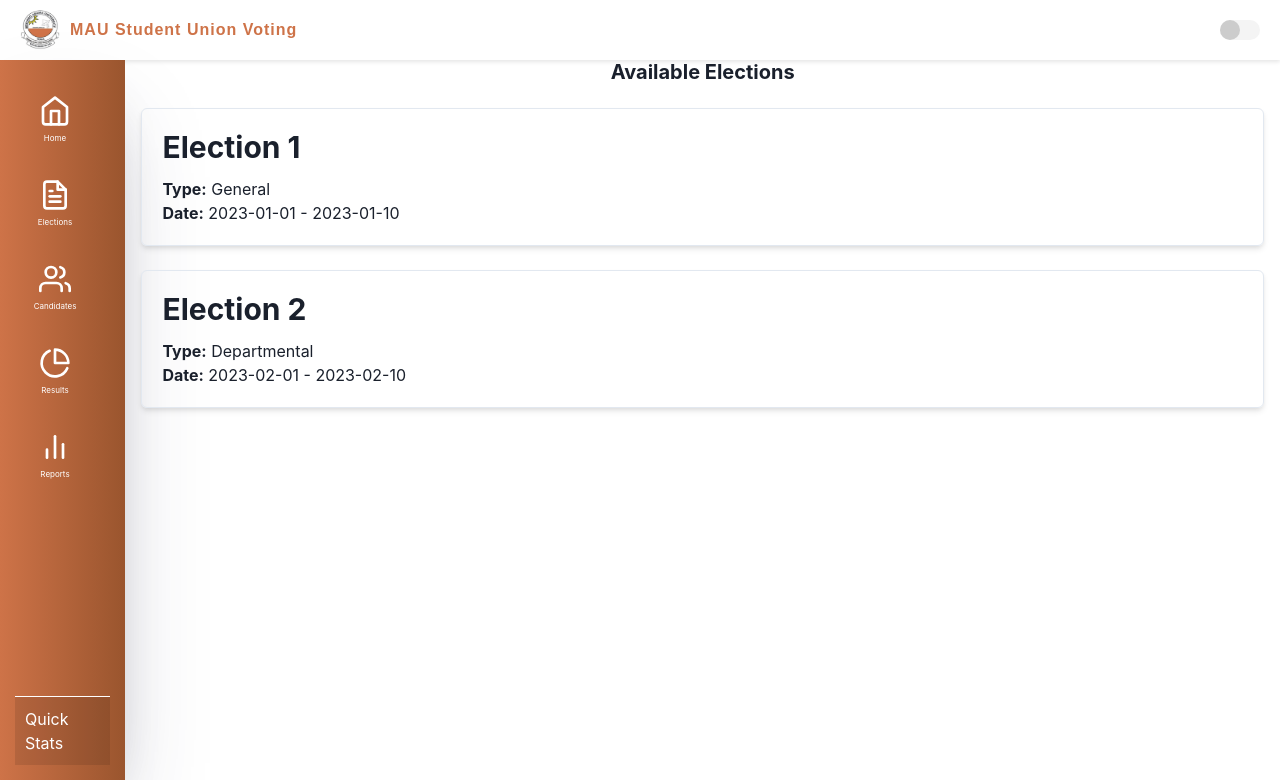
Repository: joena1o/e-vote
Page: /ElectionCommittee-dashboard/election-list
These files come from the project's save history. The page is drawn as it stood at one moment and after the next save; the edit follows.
The browser window is 1280 px wide. The pictures show the whole page.
The project was rebuilt for these pictures with package versions that can differ from the ones it lists, and the page was loaded fresh each time. Also part of the build but not shown: src/components/EnhancedLogin.js, src/components/maincontent/RegisterStudents/ManageStudents.js, src/components/maincontent/RegisterStudents/RegisterStudents.js, src/components/maincontent/RegisterStudents/StudentManagement.js, src/components/maincontent/ElectionResults/ViewResults.js, src/components/maincontent/Settings/Settings.js, src/api/index.js, src/components/maincontent/home/Home.styles.js and 16 more.

Above is the page before, as saved 2023-10-27 02:09:29.

### src/index.js
import React from 'react';
import ReactDOM from 'react-dom/client';
import './index.css';
import App from './App';
import reportWebVitals from './reportWebVitals';
import Modal from 'react-modal';

// Set the app element for the modal for accessibility purposes
Modal.setAppElement('#root');

const root = ReactDOM.createRoot(document.getElementById('root'));
root.render(
  <React.StrictMode>
    <App />
  </React.StrictMode>
);

// If you want to start measuring performance in your app, pass a function
// to log results (for example: reportWebVitals(console.log))
// or send to an analytics endpoint. Learn more: https://bit.ly/CRA-vitals
reportWebVitals();

### src/App.js
import React from 'react';
import { BrowserRouter as Router, Routes, Route, Navigate } from 'react-router-dom';
import EnhancedLogin from './components/EnhancedLogin';
import AdminDashboard from './components/AdminDashboard';
import StudentDashboard from './components/StudentDashboard';
import { ChakraProvider, ColorModeProvider, Button, useColorMode } from '@chakra-ui/react';
import { Provider } from 'react-redux';
import store from './Redux/store';
import ElectionCommitteeDashboard from './components/maincontent/ElectionCommitteeDashboard';

// Component to toggle dark mode
function DarkModeToggle() {
  const { colorMode, toggleColorMode } = useColorMode();
  return (
    <Button onClick={toggleColorMode} position="fixed" m={4} zIndex={10}>
      Toggle {colorMode === 'light' ? 'Dark' : 'Light'}
    </Button>
  );
}

function App() {
  // Check if the current route is not the "/login" route, then render the DarkModeToggle
  // const isLoginPage = window.location.pathname === '/login';

  return (
    <Provider store={store}>
      <ChakraProvider>
        <ColorModeProvider options={{ useSystemColorMode: true }}>
          <Router>
            <Routes>
              {/* Define your routes */}
              <Route path="/login" element={<EnhancedLogin />} />
              <Route path="/admin-dashboard/*" element={<AdminDashboard />} />
              <Route path="/ElectionCommittee-dashboard/*" element={<ElectionCommitteeDashboard />} />
              <Route path='/student-dashboard/*' element={<StudentDashboard />} />
              {/* Redirect root to /admin-dashboard */}
              <Route path="/" element={<Navigate to="/admin-dashboard" replace />} />
            </Routes>
          </Router>
          {/* Render DarkModeToggle only if not on the "/login" page */}
          {/* {!isLoginPage && <DarkModeToggle />} */}
        </ColorModeProvider>
      </ChakraProvider>
    </Provider>
  );
}

export default App;

### src/Redux/store.js
import { configureStore } from '@reduxjs/toolkit';
import electionReducer from './electionSlice';
import studentsReducer from './studentsSlice';
import candidatesReducer from './CandidateSlice'; // Import the candidates reducer

const store = configureStore({
  reducer: {
    elections: electionReducer,
    students: studentsReducer,
    candidates: candidatesReducer, // Add the candidates reducer here
  },
});

export default store;

### src/components/maincontent/ElectionCommitteeDashboard.js
// ElectionCommitteeDashboard.js
import React from 'react';
import { Routes, Route } from 'react-router-dom';
import ElectionCommitteeSidebar from './ElectionCommitteeSidebar';
import Navbar from '../Navbar';
import styled from 'styled-components';
import ElectionList from './ManageElections/ElectionList';
import ViewResults from './ElectionResults/ViewResults';
import ElectionCommitteeHome from './home/ElectionCommitteeHome';
import CandidatesScreening from './CandidateScreening/CandidateScreening';



const Container = styled.div`
  display: flex;
  flex-direction: column;
  height: 100vh;
  width: 100%;
`;

const Content = styled.div`
  display: flex;
  flex: 1;
`;

const ElectionCommitteeDashboard = () => {
  return (
    <Container>
      <Navbar />
      <Content>
        <ElectionCommitteeSidebar />
        <Routes>
          <Route index element={<ElectionCommitteeHome />} />

          <Route path="election-list" element={<ElectionList />} />
          <Route path="candidates-screening" element={<CandidatesScreening />} />
          <Route path="view-results" element={<ViewResults />} />

        </Routes>
      </Content>
    </Container>
  );
};

export default ElectionCommitteeDashboard;

### src/components/Navbar.js
import React from 'react';
import styled, { createGlobalStyle } from 'styled-components';
import logo from '../assets/school_logo.jpg';
import { useColorMode } from '@chakra-ui/react';

const GlobalStyle = createGlobalStyle`
  body {
    background-color: ${props => (props.theme === 'dark' ? '#333' : '#fff')};
    color: ${props => (props.theme === 'dark' ? '#fff' : '#000')}; // Set other component texts to black in light mode
  }
`;

const Header = styled.header`
  background: ${props => (props.theme === 'dark' ? '#333' : '#fff')};
  color: ${props => (props.theme === 'dark' ? '#fff' : '#ce7348')}; // Set navbar text to brown in light mode
  padding: 10px 20px;
  display: flex;
  align-items: center;
  justify-content: flex-start;
  box-shadow: 0px 2px 4px rgba(0, 0, 0, 0.1);
  font-family: 'Poppins', sans-serif;
`;


const Logo = styled.img`
  width: 40px;
  height: 40px;
  border-radius: 20px;
  margin-right: 10px;
`;

const Title = styled.h1`
  margin: 0;
  padding: 0;
  font-size: 1rem;
  font-weight: 600;
  letter-spacing: 1px;
`;

const ToggleSlider = styled.label`
  display: flex;
  align-items: center;
  cursor: pointer;
  margin-left: auto;
`;

const SliderInput = styled.input.attrs({ type: 'checkbox' })`
  display: none;
`;

const Slider = styled.div`
  width: 40px;
  height: 20px;
  background-color: ${props => (props.theme === 'dark' ? '#333' : '#f4f4f4')};
  border-radius: 20px;
  position: relative;
  transition: background-color 0.3s ease;
  cursor: pointer;

  &::after {
    content: '';
    width: 20px;
    height: 20px;
    border-radius: 50%;
    background-color: ${props => (props.theme === 'dark' ? '#fff' : '#ccc')};
    position: absolute;
    top: 50%;
    transform: translateY(-50%);
    left: ${props => (props.theme === 'dark' ? '20px' : '0')};
    transition: left 0.3s ease;
  }
`;

function Navbar() {
  const { colorMode, toggleColorMode } = useColorMode();

  return (
    <>
      <GlobalStyle theme={colorMode} />
      <Header theme={colorMode}>
        <Logo src={logo} alt="University Logo" />
        <Title>MAU Student Union Voting</Title>
        <ToggleSlider>
          <SliderInput type="checkbox" onChange={toggleColorMode} />
          <Slider theme={colorMode} />
        </ToggleSlider>
      </Header>
    </>
  );
}

export default Navbar;

### src/Redux/electionSlice.js
/*import { createSlice, createAsyncThunk } from '@reduxjs/toolkit';
import { API, graphqlOperation } from 'aws-amplify';
import { createElection as createElectionAPI } from '../graphql/mutations';

export const createElection = createAsyncThunk(
  'elections/createElection',
  async (election, { rejectWithValue }) => {
    try {
      const result = await API.graphql(graphqlOperation(createElectionAPI, { input: election }));
      return result.data.createElection;
    } catch (error) {
      return rejectWithValue(error);
    }
  }
);

const electionSlice = createSlice({
  name: 'elections',
  initialState: [],
  reducers: {},
  extraReducers: (builder) => {
    builder.addCase(createElection.fulfilled, (state, action) => {
      state.push(action.payload);
    });
  },
});

export default electionSlice.reducer;
*/

### src/Redux/studentsSlice.js
import { createSlice } from '@reduxjs/toolkit';

export const studentsSlice = createSlice({
  name: 'students',
  initialState: [],
  reducers: {
    addStudents: (state, action) => {
      // Add students to the Redux store
      action.payload.forEach(student => {
        state.push(student);
      });
    },
  },
});

export const { addStudents } = studentsSlice.actions;

export default studentsSlice.reducer;

### src/Redux/CandidateSlice.js

import { createSlice } from '@reduxjs/toolkit';

export const candidatesSlice = createSlice({
  name: 'candidates',
  initialState: [],
  reducers: {
    setCandidates: (state, action) => {
      return action.payload;
    },
  },
});

export const { setCandidates } = candidatesSlice.actions;
export default candidatesSlice.reducer;

### src/components/maincontent/ElectionCommitteeSidebar.js
import React from 'react';
import styled from 'styled-components';
import { Link } from 'react-router-dom';
import { FiHome, FiFileText, FiUsers, FiPieChart, FiBarChart2, FiTrendingUp } from 'react-icons/fi';
import { useColorMode } from '@chakra-ui/react';


const SidebarContainer = styled.nav`
  background: ${props => (props.theme === 'dark' ? '#333' : 'linear-gradient(to right, #ce7348, #9a552e)')};
  padding: 15px;
  height: 100vh;
  color: #fff;
  box-shadow: rgba(50, 50, 93, 0.25) 0px 50px 100px -20px, rgba(0, 0, 0, 0.3) 0px 30px 60px -30px;
  display: flex;
  flex-direction: column;
`;

const LinkList = styled.ul`
  list-style-type: none;
  padding: 0;
  flex: 1;
`;

const StyledLink = styled(Link)`
  text-decoration: none;
  color: #fff;
  display: flex;
  flex-direction: column;
  align-items: center;
  transition: color 0.3s ease;
  margin-bottom: 15px;
  cursor: pointer;
  font-size: 0.5rem;

  &:hover {
    color: #fce364;
  }

  width: 80px;
  text-align: center;
  word-wrap: break-word;
  overflow-wrap: break-word;
`;

const LinkItem = styled.li`
  display: flex;
  align-items: center;
  margin-top: 20px;
`;

const Icon = styled.div`
  font-size: 2rem;
  color: #fff;

  margin-bottom: 5px;

  ${StyledLink}:hover & {
    color: #fce364;
  }
`;

const QuickStats = styled.div`
  margin-top: auto;
  padding: 10px;
  background: rgba(0, 0, 0, 0.1);
  border-top: 1px solid #fff;
`;

function ElectionCommitteeSidebar() {
  const { colorMode } = useColorMode();

  return (
    <SidebarContainer theme={colorMode}>
      <LinkList>
        <LinkItem>
          <StyledLink to="/ElectionCommittee-dashboard">
            <Icon><FiHome /></Icon>
            Home
          </StyledLink>
        </LinkItem>
        <LinkItem>
          <StyledLink to="/ElectionCommittee-dashboard/election-list">
            <Icon><FiFileText /></Icon>
            Elections
          </StyledLink>
        </LinkItem>
        <LinkItem>
          <StyledLink to="/ElectionCommittee-dashboard/candidates-screening">
            <Icon><FiUsers /></Icon>
            Candidates
          </StyledLink>
        </LinkItem>
        <LinkItem>
          <StyledLink to="/ElectionCommittee-dashboard/view-results">
            <Icon><FiPieChart /></Icon>
            Results
          </StyledLink>
        </LinkItem>
        <LinkItem>
          <StyledLink to="/reports">
            <Icon><FiBarChart2 /></Icon>
            Reports
          </StyledLink>
        </LinkItem>
      </LinkList>
      <QuickStats>
        <h3>Quick Stats</h3>
        {/* Here you can place any quick statistics or relevant data for the admin */}
      </QuickStats>
    </SidebarContainer>
  );
}

export default ElectionCommitteeSidebar;

### src/components/maincontent/ManageElections/ElectionList.js
import React, { useState, useEffect } from 'react';
import { Box, Button, Heading, Text, VStack, Container } from '@chakra-ui/react';

const ElectionList = () => {
  const [elections, setElections] = useState([]);
  const [loading, setLoading] = useState(false);
  const [error, setError] = useState(null);

  useEffect(() => {
    // Mock data for testing
    const mockElections = [
      { id: '1', name: 'Election 1', type: 'General', startDate: '2023-01-01', endDate: '2023-01-10' },
      { id: '2', name: 'Election 2', type: 'Departmental', startDate: '2023-02-01', endDate: '2023-02-10' },
      // Add more mock elections as needed
    ];

    setElections(mockElections);
  }, []);

  return (
    <Container maxW="container.xl" centerContent>
      <Heading as="h1" size="md" mb={6}>
        Available Elections
      </Heading>

      {loading && <Text>Loading elections...</Text>}
      {error && <Text color="red.500">Error fetching elections. Please try again.</Text>}

      <VStack spacing={6} align="start" w="100%">
        {elections.map((election) => (
          <Box key={election.id} p={5} shadow="md" borderWidth="1px" borderRadius="md" w="100%">
            <Heading as="h3" size="lg" mb={3}>
              {election.name}
            </Heading>
            <Text>
              <strong>Type:</strong> {election.type}
            </Text>
            <Text>
              <strong>Date:</strong> {election.startDate} - {election.endDate}
            </Text>
          </Box>
        ))}
      </VStack>
    </Container>
  );
};

export default ElectionList;

Loaded but not shown: public/index.html (common file); src/index.css (common file); src/reportWebVitals.js (common file)

After the next save:
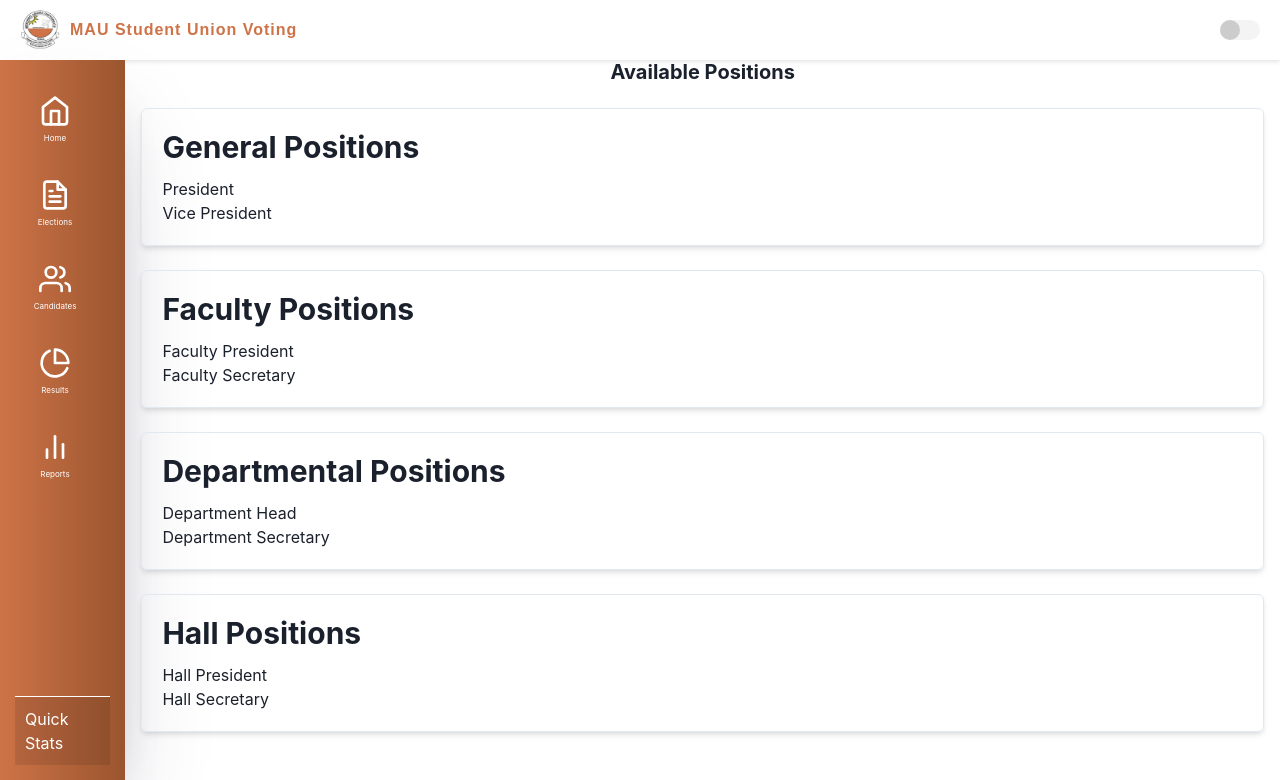
Saved 7 min 34 s later.
--- a/src/components/maincontent/ManageElections/ElectionList.js
+++ b/src/components/maincontent/ManageElections/ElectionList.js
@@ -1,43 +1,55 @@
 import React, { useState, useEffect } from 'react';
-import { Box, Button, Heading, Text, VStack, Container } from '@chakra-ui/react';
+import { Box, Heading, Text, VStack, Container } from '@chakra-ui/react';
 
-const ElectionList = () => {
-  const [elections, setElections] = useState([]);
+const PositionList = () => {
+  const [positions, setPositions] = useState([]);
   const [loading, setLoading] = useState(false);
   const [error, setError] = useState(null);
 
   useEffect(() => {
     // Mock data for testing
-    const mockElections = [
-      { id: '1', name: 'Election 1', type: 'General', startDate: '2023-01-01', endDate: '2023-01-10' },
-      { id: '2', name: 'Election 2', type: 'Departmental', startDate: '2023-02-01', endDate: '2023-02-10' },
-      // Add more mock elections as needed
-    ];
+    const mockPositions = {
+      general: [
+        { id: '1', name: 'President' },
+        { id: '2', name: 'Vice President' },
+      ],
+      faculty: [
+        { id: '3', name: 'Faculty President' },
+        { id: '4', name: 'Faculty Secretary' },
+      ],
+      departmental: [
+        { id: '5', name: 'Department Head' },
+        { id: '6', name: 'Department Secretary' },
+      ],
+      hall: [
+        { id: '7', name: 'Hall President' },
+        { id: '8', name: 'Hall Secretary' },
+      ],
+    };
 
-    setElections(mockElections);
+    setPositions(mockPositions);
   }, []);
 
   return (
     <Container maxW="container.xl" centerContent>
       <Heading as="h1" size="md" mb={6}>
-        Available Elections
+        Available Positions
       </Heading>
 
-      {loading && <Text>Loading elections...</Text>}
-      {error && <Text color="red.500">Error fetching elections. Please try again.</Text>}
+      {loading && <Text>Loading positions...</Text>}
+      {error && <Text color="red.500">Error fetching positions. Please try again.</Text>}
 
       <VStack spacing={6} align="start" w="100%">
-        {elections.map((election) => (
-          <Box key={election.id} p={5} shadow="md" borderWidth="1px" borderRadius="md" w="100%">
+        {Object.keys(positions).map((electionType) => (
+          <Box key={electionType} p={5} shadow="md" borderWidth="1px" borderRadius="md" w="100%">
             <Heading as="h3" size="lg" mb={3}>
-              {election.name}
+              {`${electionType.charAt(0).toUpperCase() + electionType.slice(1)} Positions`}
             </Heading>
-            <Text>
-              <strong>Type:</strong> {election.type}
-            </Text>
-            <Text>
-              <strong>Date:</strong> {election.startDate} - {election.endDate}
-            </Text>
+            {positions[electionType].map((position) => (
+              <Text key={position.id}>
+                {position.name}
+              </Text>
+            ))}
           </Box>
         ))}
       </VStack>
@@ -45,4 +57,4 @@ const ElectionList = () => {
   );
 };
 
-export default ElectionList;
+export default PositionList;
